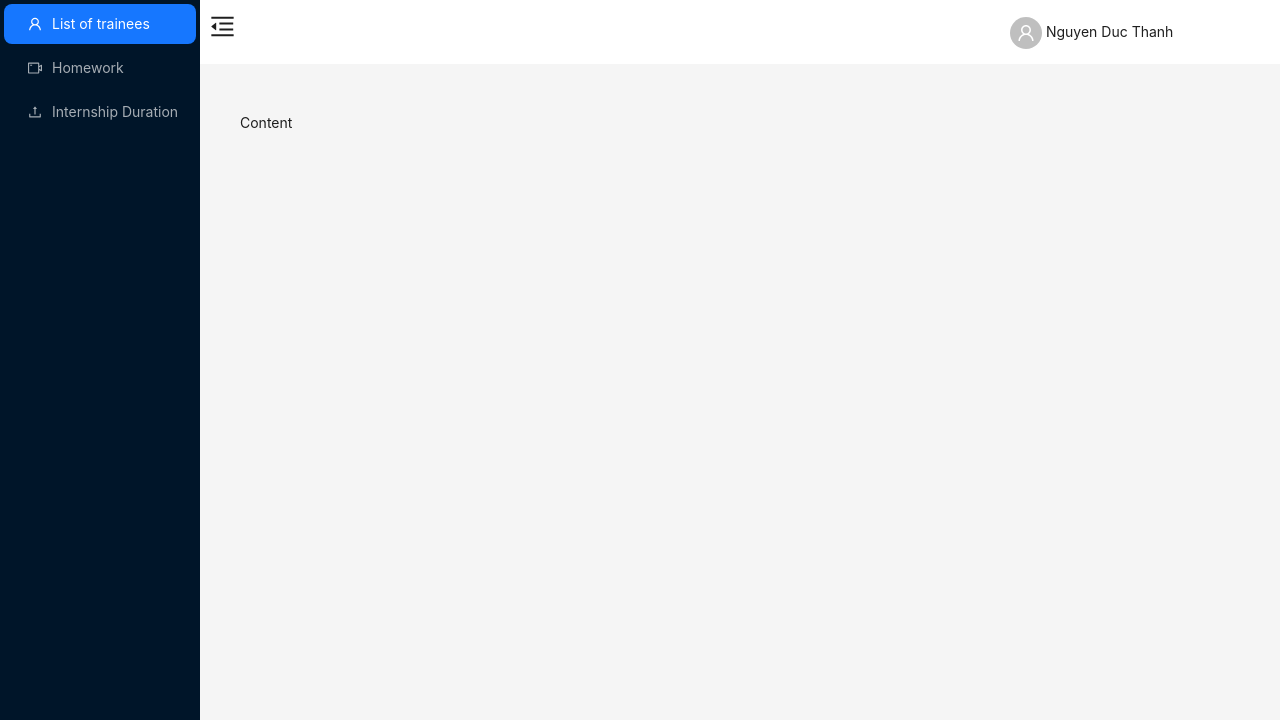
Repository: Ducbii4202/Inter-Management
Page: / (app in managament-system/)
These files come from the project's save history. The page is drawn as it stood at one moment and after the next save; the edit follows.
The browser window is 1280 px wide. The pictures show the whole page.
The project was rebuilt for these pictures with package versions that can differ from the ones it lists, and the page was loaded fresh each time. Also part of the build but not shown: managament-system/vite.config.js.

Above is the page before, as saved 2023-12-26 01:37:10.

### managament-system/src/App.jsx
// import React from 'react';
// import React from 'react';
import DashboardPage from "./component/DashboardPage";

const App = () => {
  return (
    <div>
      <DashboardPage></DashboardPage>
    </div>
  );
};

export default App;

### managament-system/src/component/DashboardPage.jsx
// import React from "react";
import React, { useState } from "react";
import "./DashboardPage.css";
import {
  MenuFoldOutlined,
  MenuUnfoldOutlined,
  UploadOutlined,
  UserOutlined,
  VideoCameraOutlined,
} from "@ant-design/icons";
import { Layout, Menu, Row, Col, Avatar } from "antd";
const { Header, Sider, Content } = Layout;

function DashboardPage() {
  const [collapsed, setCollapsed] = useState(false);
  return (
    <div>
      <Layout>
        <Sider trigger={null} collapsible collapsed={collapsed}>
          <div className="demo-logo-vertical" />
          <Menu
            theme="dark"
            mode="inline"
            defaultSelectedKeys={["1"]}
            items={[
              {
                key: "1",
                icon: <UserOutlined />,
                label: "List of trainees",
              },
              {
                key: "2",
                icon: <VideoCameraOutlined />,
                label: "Homework",
              },
              {
                key: "3",
                icon: <UploadOutlined />,
                label: "Internship Duration",
              },
            ]}
          />
        </Sider>
        <Layout className="site-layout">
          <Header className="site-layout-backgound">
            <Row>
              <Col md={18}>
                {React.createElement(
                  collapsed ? MenuUnfoldOutlined : MenuFoldOutlined,
                  {
                    className: "trigger",
                    onClick: () => setCollapsed(!collapsed),
                  }
                )}
              </Col>
              <Col md={6}>
                <div>
                  <Avatar size="default" icon={<UserOutlined />}></Avatar>{" "}
                  Nguyen Duc Thanh
                </div>
              </Col>
            </Row>
            {/* <Button
              type="text"
              icon={collapsed ? <MenuUnfoldOutlined /> : <MenuFoldOutlined />}
              onClick={() => setCollapsed(!collapsed)}
              style={{
                fontSize: "16px",
                width: 64,
                height: 64,
              }}
            /> */}
          </Header>
          <Content
            style={{
              margin: "24px 16px",
              padding: 24,
              minHeight: 280,
              //   background: colorBgContainer,
              //   borderRadius: borderRadiusLG,
            }}
          >
            Content
          </Content>
        </Layout>
      </Layout>
    </div>
  );
}

export default DashboardPage;

### managament-system/src/component/DashboardPage.css
.site-layout-backgound {
  background-color: #fff !important;
  padding: 0;
}
.ant-layout {
  min-height: 100vh;
}
.ant-layout-header span.trigger svg {
  width: 25px !important;
  height: 25px !important;
  margin: 10px !important;
}

Loaded but not shown: managament-system/index.html (common file); managament-system/src/main.jsx (common file); managament-system/src/index.css (common file); managament-system/tailwind.config.js (common file)

After the next save:
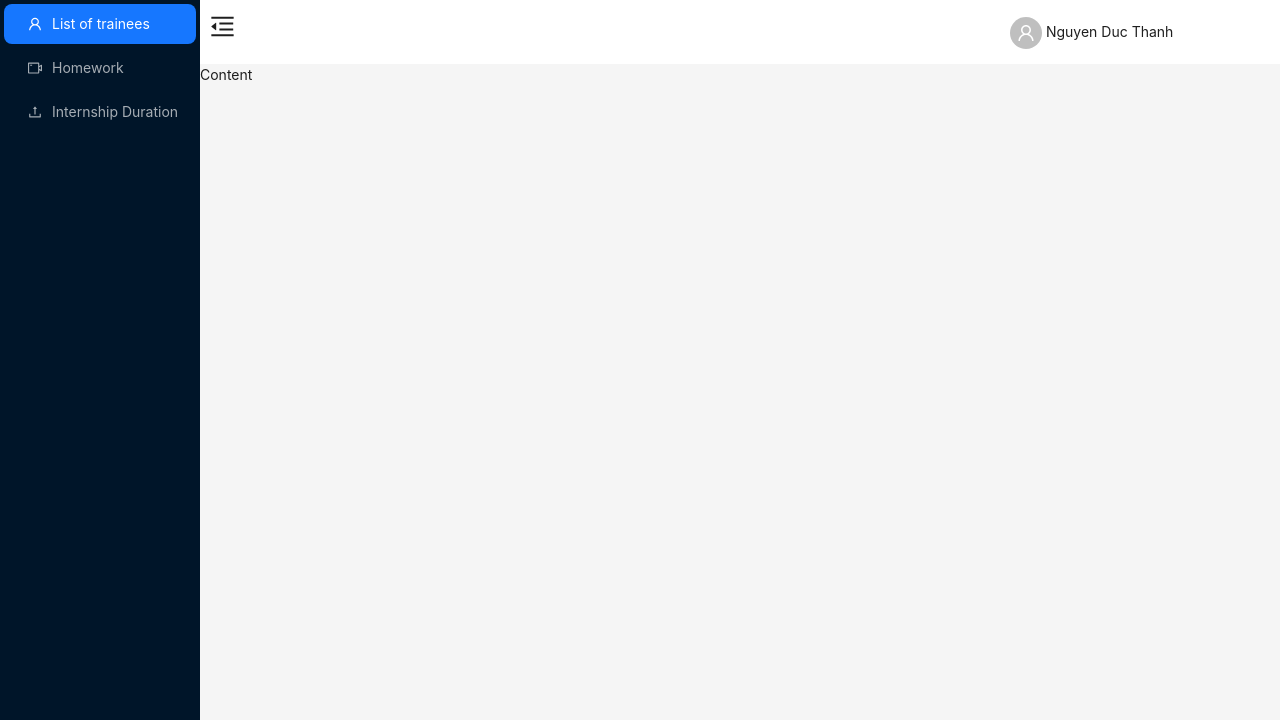
Saved 2 min 39 s later.
--- a/managament-system/src/component/DashboardPage.jsx
+++ b/managament-system/src/component/DashboardPage.jsx
@@ -60,28 +60,8 @@ function DashboardPage() {
                 </div>
               </Col>
             </Row>
-            {/* <Button
-              type="text"
-              icon={collapsed ? <MenuUnfoldOutlined /> : <MenuFoldOutlined />}
-              onClick={() => setCollapsed(!collapsed)}
-              style={{
-                fontSize: "16px",
-                width: 64,
-                height: 64,
-              }}
-            /> */}
           </Header>
-          <Content
-            style={{
-              margin: "24px 16px",
-              padding: 24,
-              minHeight: 280,
-              //   background: colorBgContainer,
-              //   borderRadius: borderRadiusLG,
-            }}
-          >
-            Content
-          </Content>
+          <Content>Content</Content>
         </Layout>
       </Layout>
     </div>
